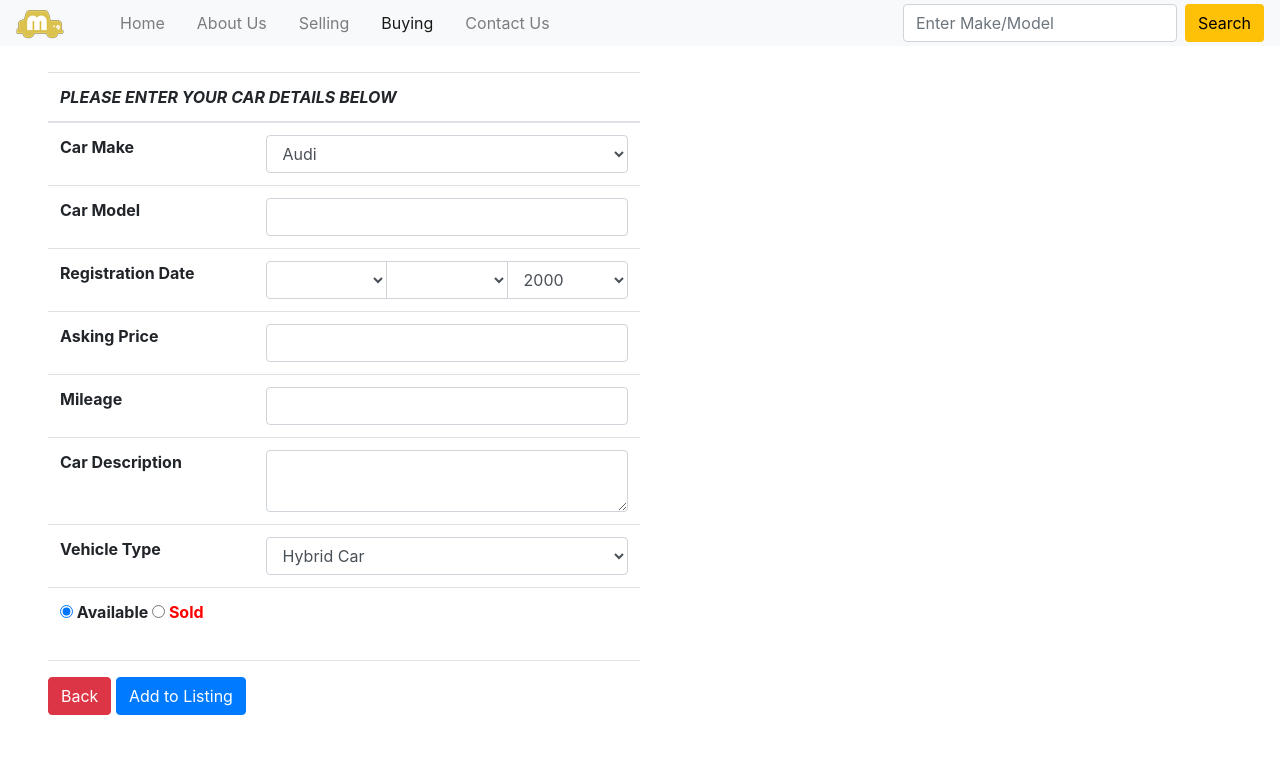
Repository: 99Ace/Project3-car-listing
Page: http://localhost/vehicle/add
The author's editor kept a record of every edit. The page is drawn from the files as they stood at one moment, then again after the next edit.
The browser window is 1280 px wide. The pictures show the whole page.
Some web libraries are served in a nearby version. The page is served by the project's application, run on Flask 3 (app.py).

Above is the page before.
Not found: vehicle/script.js

After the next edit:
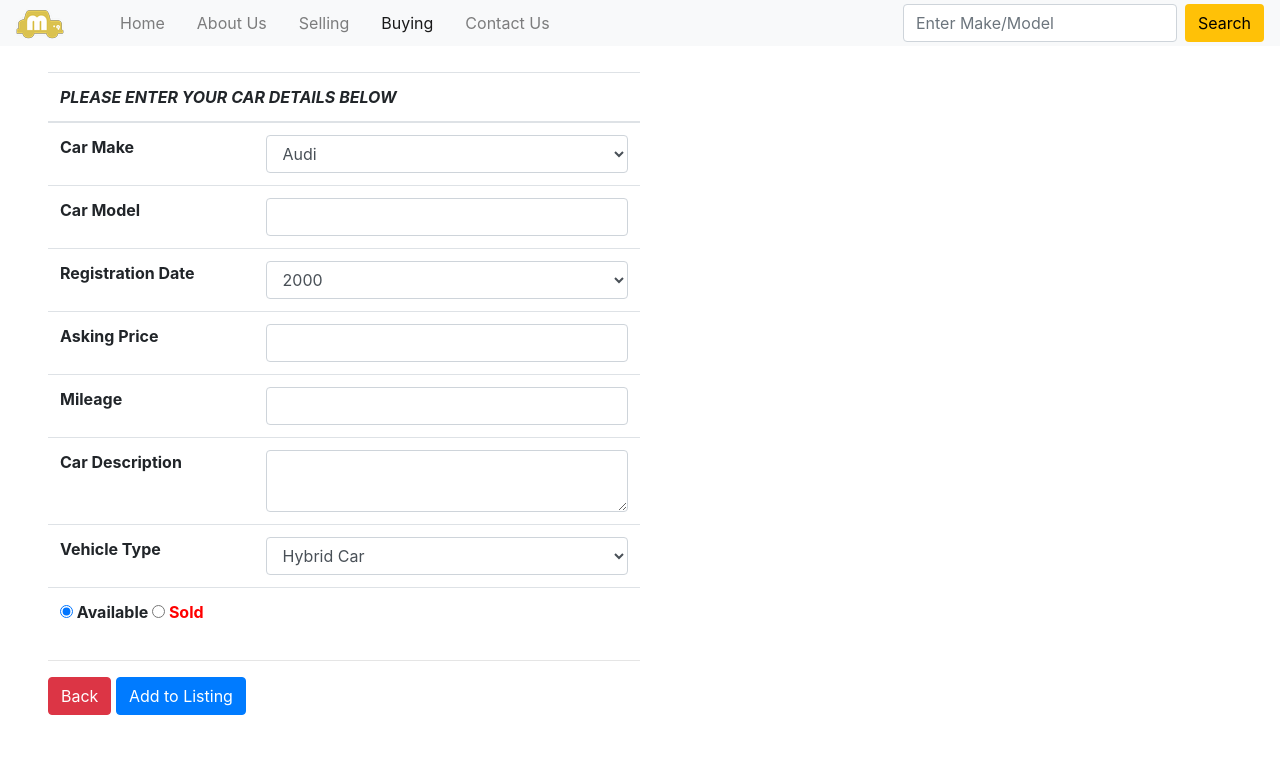
The edit:
--- a/templates/add_listing.html
+++ b/templates/add_listing.html
@@ -101,8 +101,8 @@
               <th scope="col">Registration Date</th>
               <td scope="col">
                 <div class="input-group">
-                  <select id ='day' name="day" class="form-control"></select>
-                  <select id= 'month' name="month" class="form-control"></select>
+                  <!--<select id ='day' name="day" class="form-control"></select>-->
+                  <!--<select id= 'month' name="month" class="form-control"></select>-->
                   <select id='year' name="year" class="form-control"></select>
                 </div>
               </td>
